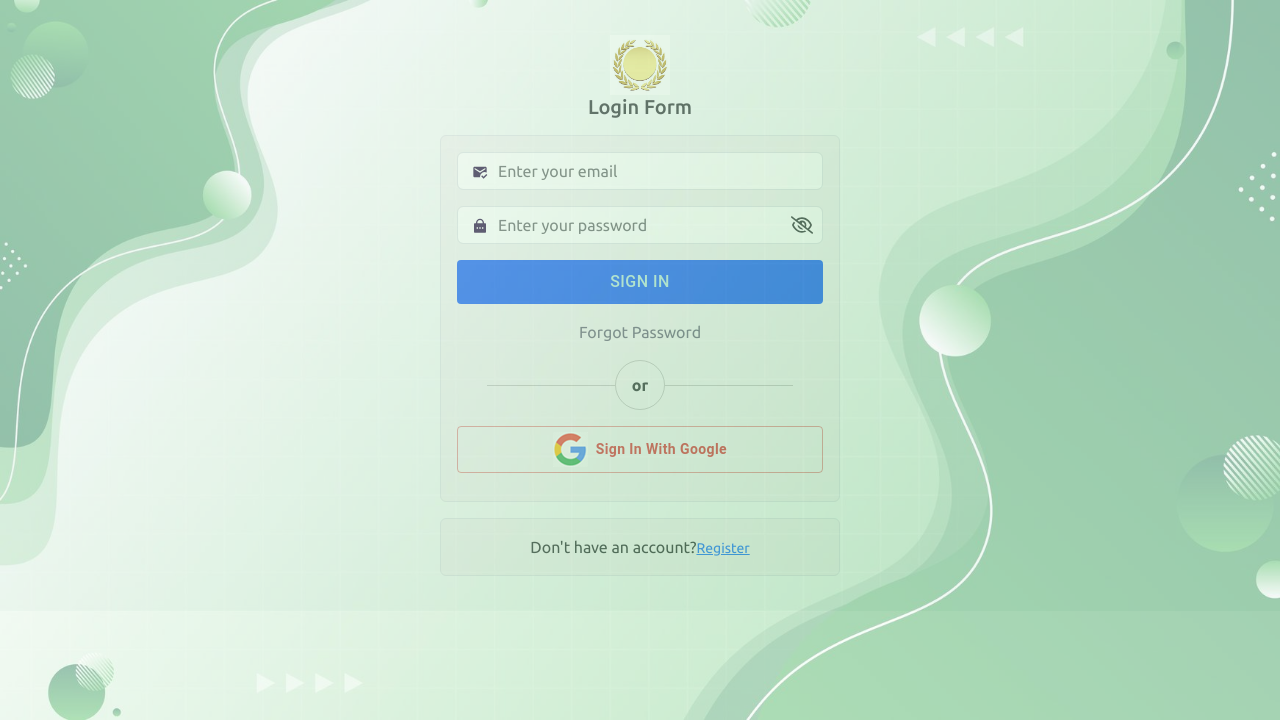
Repository: gautamsonam011/admin-react-dashboard
Page: /login
These files come from the project's save history. The page is drawn as it stood at one moment and after the next save; the edit follows.
The browser window is 1280 px wide. The pictures show the whole page.
The project was rebuilt for these pictures with package versions that can differ from the ones it lists, and the page was loaded fresh each time. Also part of the build but not shown: src/components/DashboardBox.jsx, src/pages/Dashboard/Dashboard.jsx.

Above is the page before, as saved 2025-04-24 00:10:54.

### src/App.css
@import url('https://fonts.googleapis.com/css2?family=Ubuntu:ital,wght@0,300;0,400;0,500;0,700;1,300;1,400;1,500;1,700&display=swap');

body{
  font-family: "Ubuntu", sans-serif !important;
  background-color: #f4f8f7;

}

header{
  width:100%;
  height: 70px;
  background-color:#62bebe;
  position: fixed;
  top:0px;
  left:0px;
  z-index: 1000;
}
header .logo{
  text-decoration: none;
}
header .logo img{
  margin-top: 10px;
  width:45px;

}

header .logo span{
color: coral;
font-weight: bolder;
font-size: 24px;
}
header button.rounded-circle{min-width:40px !important; width:40px !important; height: 40px !important; background-color:#0ff7d8 !important; margin: 15px;}
header button.rounded-circle svg{color:rgb(29, 27, 27); font-size: 25px !important; transition: all 0.2s ease-in-out;}
header button.rounded-circle:hover svg{color: #2585d4 !important;}
.searchBox{width:400px; height: 40px; background-color:#faf9f9; border-radius: 6px;padding: 3px 15px;}
.searchBox input{background: transparent;border:0px; outline:none; padding-left: 5px; font-size: 15px; color:#292929}
.searchBox input::-webkit-input-placeholder{color:#292929}
.searchBox svg{font-size: 18px; color:#292929 ;}

.userImg{display: flex; align-items:center; justify-content: center; overflow: hidden; width:40px; height: 40px; border:1px solid #0ff7d8; padding: 2px; border-radius: 100%;}
.userImg .rounded-circle{display: flex; align-items:center; justify-content: center; overflow: hidden; width: 40px; height: 40px; cursor: pointer; position: relative;}
.userImg .rounded-circle .img{object-fit: cover; width: 100%;}
.userInfo{padding-left: 10px;}
.userInfo h5{font-size: 15px; font-weight: 600; margin-bottom:0px; color: #266666;}

#account-menu li{font-size: 14px !important;}
#account-menu li svg{font-size: 20px !important}

.dropdown-info{padding-left: 6px;}
.dropdown-info h4{font-size: 15px; font-weight:600;margin-top: 2px; white-space: break-space; line-height: 21px;}
.dropdown-info p{font-size: 10px; color: #2585d4;}


/* Style for sidebar  */

.main .sidebarWrapper{width: 20%; flex: 0 0 20%; transition: all 0.3s ease-in-out;}
.main .sidebarWrapper.toggle{width: 0%; flex: 0 0 0%;}
.btn-signin{padding: 7px 20px !important; background:#266666 !important; color: #f4f8f7 !important; font-weight: bold !important; border-radius:20px !important;}
.main .sidebarWrapper .sidebar{width:20%; height: 100vh; max-height: calc(100%-70px); position:fixed; top: 70px; left:0px; background:#b1e4dd; overflow-y: scroll; overflow-x: hidden; padding-bottom: 40px; transition: all 0.3s ease-in-out;}
.main .sidebarWrapper.toggle .sidebar{left:-100%;}

.main .sidebarWrapper .sidebar::-webkit-scrollbar-thumb{background: transparent !important; width:3px;}
.main .sidebarWrapper:hover .sidebar::-webkit-scrollbar{ background:#2585d4; width:3px;}
.main .sidebarWrapper .sidebar ul{margin-bottom:0px;}
.main .sidebarWrapper .sidebar ul li{list-style: none; margin-top:10px;}
.main .sidebarWrapper .sidebar ul li button{color:#266666; text-align: left; justify-content: left; border-radius:0px !important; padding: 12px 15px !important;
  align-items: center; text-transform: capitalize !important;font-family: "Ubuntu", sans-serif !important;
  margin-left: 0px; font-size: 15px !important;
}
.main .sidebarWrapper .sidebar ul li button .icon{display: flex; align-items:center; justify-content: center; width:25px; height:25px; margin-right: 10px;}
.main .sidebarWrapper .sidebar ul li button .icon svg{color:#292929; opacity: 0.8; font-size: 22px;}
.main .sidebarWrapper .sidebar ul li button .arrow{margin-left: auto; display: flex; align-items: center; justify-content: center; width: 25px; transition: all 0.3s ease-in-out}
.main .sidebarWrapper .sidebar ul li button:hover{background:#62bebe !important;}
.main .sidebarWrapper .sidebar ul li button.active{background: #62bebe !important;}
.main .sidebarWrapper .sidebar ul li button.active .arrow{transform: rotate(90deg);}

.main .sidebarWrapper .sidebar ul .submenu{padding: 0px 45px; position:relative; height:auto;}
.main .sidebarWrapper .sidebar ul .submenu::before{content:''; width:1px; height: 95%; position: absolute; top:0px; left:25px; background:rgba(0, 0, 0, 0.1);}
.main .sidebarWrapper .sidebar ul .submenu li{width:100%; list-style: none;}
.main .sidebarWrapper .sidebar ul .submenu li a{color:#266666 !important; text-decoration: none; font-family: "Ubuntu", sans-serif !important;
display: block; padding: 6px 0px; font-size: 14px !important; font-weight: 500; transition:all 0.3s}
.main .sidebarWrapper .sidebar ul .submenu li a:hover{color:#2585d4 !important;}

.main .sidebarWrapper .sidebar ul .submenuWrapper{transition:all 0.3s ease-in-out; height: 0px; overflow: hidden; }
.main .sidebarWrapper .sidebar ul .submenuWrapper.colapsed .submenu{opacity:0;}

.main .sidebarWrapper .sidebar ul .submenuWrapper.colapse{height:auto; overflow: inherit;}
.main .sidebarWrapper .sidebar ul .submenuWrapper.colapse .submenu{opacity:1; height:auto;}

.logoutWrapper{padding: 0px 25px;}
.logoutWrapper .logoutBox{width:100%; height:100px; padding: 25px; background:#bcd2fd; border-radius:10px; margin-bottom:20px; display:flex; align-items: center; justify-content: center;
position:relative; overflow:hidden;}
.logoutWrapper .logoutBox::before{content:''; width:50px; height:50px; background:#266666; border-radius: 100%; position:absolute; top: -20px; right: 30px; opacity:0.5}
.logoutWrapper .logoutBox::after{content:''; width:30px; height:30px; background:#266666; border-radius: 100%; position:absolute; top: -30px; left: 30px; opacity:0.5}
.logoutWrapper .logoutBox button{font-size:14px !important; font-weight: 600 !important; }
.logoutWrapper .logoutBox button svg{margin-right: 15px; font-size:18px;}

.main .content{width:80%; flex: 0 0 80%; transition: all 0.3s ease-in-out;}
.main .content.toggle{width:100%; flex: 0 0 100%;}

.dashboardBoxWrapperRow{margin-left: 20%;}
.right-content{padding: 90px 30px;}
.dashboardBoxWrapper{gap: 15px; width:100%; flex-wrap: wrap;}
.dashboardBoxWrapper .dashboardBox{width:48%; height: 170px; border-radius:10px; overflow: hidden; padding:20px; display: flex; flex-direction: column; justify-content: space-around; text-align: left !important; justify-content: flex-start;}
.dashboardBoxWrapperRow .box{width:100%; height: 100%; background:#0ff7d8;}

.dashboardBoxWrapper .dashboardBox .col1 h4{font-size: 20px; font-weight: 600;}
.dashboardBoxWrapper .dashboardBox .col1 span{font-size: 40px; font-weight: bold;}
.dashboardBoxWrapper .dashboardBox .icon { margin-left: 180px; display: flex; align-items:center; justify-content: center; width:45px; height: 45px; border-radius:5px; background-image: linear-gradient(to bottom right, rgba(0, 0, 0, 0), rgba(0, 0, 0, 0.2));}
.dashboardBoxWrapper .dashboardBox .icon svg{font-size: 45px; opacity: 0.1; color:#f4f8f7}

.dashboardBoxWrapper .dashboardBox button.toggleIcon {font-size: 22px; color:rgba(0,0,0,0.5); cursor: pointer; min-width: 40px !important; width: 40px !important; height: 40px !important; border-radius: 50% !important; margin-left: 170px; border-right: none; opacity: 0.3;}

.dashboardBoxWrapperRow .dashboardBoxWrapper .dashboardBox .chart{position:absolute; opacity: 0.1;}
.dashboardBoxWrapperRow .dashboardBoxWrapper .dashboardBox .chart svg{font-size: 150px; color: #000;}

/*  style for Login page */

.loginSection{
  width: 100%; height: 120hv; padding: 35px 25px;
  background:#f4f8f7; position: relative;
}
.loginbgimage{width:100%; height: 100%; opacity: 0.4; position: fixed; top: 0; left: 0; z-index: 99; pointer-events: none;}
.loginSection .loginBox{width: 400px; height: auto; margin: auto;}
.loginSection .loginBox .wrapper{width:100%; height: auto; background: #f0f0f0;}
.full{max-width: 100% !important; flex: 0 0 100% !important; width: 100% !important;}
.loginSection .loginBox .wrapper .form-control{box-shadow: none !important; outline: none !important; padding-left: 40px;}
.loginSection .loginBox .wrapper .form-control:focus{border: 1px solid #0858f7 !important;}
.loginSection .loginBox .wrapper .form-group .icon{position: absolute; top: 6px; left: 15px; z-index: 100;}
.loginSection .loginBox .wrapper .form-group.focus .icon svg{color:#0858f7 !important;}
.loginSection .loginBox .wrapper .form-group .icon svg{color:#5e5d72;}
.toggleShowPassword{position: absolute; top: 5px; right: 10px; cursor: pointer;}
.toggleShowPassword svg{font-size: 22px;}
.btn-big{padding: 8px 25px !important; background:#0858f7 !important; color:#b1e4dd !important; font-size: 16px !important;}
.forgotPassword{color: #5e5d72; text-decoration: none;}
.forgotPassword:hover{color:#0858f7 !important;}
.loginSection .loginBox .wrapper .link{font-size: 14px;}
.loginSection .loginBox .wrapper .or span.line{display: block; width: 35%; height: 1px; background: rgba(0, 0, 0, 0.2);}
.loginSection .loginBox .wrapper .or span.txt{display: flex; align-items: center; justify-content: center; font-size: 16px; font-weight: 600; width: 50px; height: 50px; border: 1px solid rgba(0, 0, 0, 0.2); border-radius: 50%;}
.loginSection .loginBox .wrapper .form-group{margin-bottom: 12px;}
.loginwithGoogle{text-transform: capitalize !important; font-weight: bold !important;}
/* Registration Form */

### src/components/Sidebar/index.jsx
import Button from '@mui/material/Button';
import { RiDashboardLine } from "react-icons/ri";
import { IoIosArrowForward } from "react-icons/io";
import { TbBrandProducthunt } from "react-icons/tb";
import { TiShoppingCart } from "react-icons/ti";
import { MdOutlineMessage } from "react-icons/md";
import { IoNotifications } from "react-icons/io5";
import { MdOutlineSettings } from "react-icons/md";
import { Link } from 'react-router-dom';
import React, { useState} from "react";
import { RiLogoutCircleRLine } from "react-icons/ri";
// import { MyContext } from '../../App';

const Sidebar = () =>{
    const [activeTab, setActiveTab] = useState(0);
    const [isToggleSubmenu, setIsToggleSubmenu] = useState(false);

    // const context = useContext(MyContext);

    const isOpenSubmenu = (index) =>{
        setActiveTab(index);
        setIsToggleSubmenu(!isToggleSubmenu);


    }

    return(
        <div className="sidebar">
            <ul>
                <li>
                    <Link to="/">
                    <Button className={`w-100 ${activeTab === 0 ? 'active' : ''}`} onClick={()=>isOpenSubmenu(0)}>
                        <span className='icon'><RiDashboardLine/></span>
                        Dashboard
                        <span className="arrow"><IoIosArrowForward/></span>
                    </Button>
                    </Link>
                </li>
                <li>
                    <Button className={`w-100 ${activeTab === 1 && isToggleSubmenu===true ?  'active' : ''}`} onClick={()=>isOpenSubmenu(1)}>
                        <span className='icon'><TbBrandProducthunt/></span>
                        Products
                        <span className="arrow"><IoIosArrowForward/></span>
                    </Button>
                    <div className={`submenuWrapper ${activeTab===1 && isToggleSubmenu===true ? 'colapse':'colapsed'}`}>
                    <ul className='submenu'>
                        <li><Link to="#">Product Add</Link></li>
                        <li><Link to="#">Product List</Link></li>
                        <li><Link to="#">Product View</Link></li>
                    </ul>
                    </div>
                </li>
                <li>
                    <Link to="/">
                    <Button className={`w-100 ${activeTab === 2 ? 'active' : ''}`} onClick={()=>isOpenSubmenu(2)}>
                        <span className='icon'><TiShoppingCart/></span>
                        Orders
                        <span className="arrow"><IoIosArrowForward/></span>
                    </Button>
                    </Link>
                </li>
                <li>
                    <Link to="/">
                    <Button className={`w-100 ${activeTab === 3 ? 'active' : ''}`} onClick={()=>isOpenSubmenu(3)}>
                        <span className='icon'><MdOutlineMessage/></span>
                        Messages
                        <span className="arrow"><IoIosArrowForward/></span>
                    </Button>
                    </Link>
                </li>
                <li>
                    <Link to="/">
                    <Button className={`w-100 ${activeTab === 4 ? 'active' : ''}`} onClick={()=>isOpenSubmenu(4)}>
                        <span className='icon'><IoNotifications/></span>
                        Notifications
                        <span className="arrow"><IoIosArrowForward/></span>
                    </Button>
                    </Link>
                </li>
                <li>
                    <Link to="/">
                    <Button className={`w-100 ${activeTab === 5 ? 'active' : ''}`} onClick={()=>isOpenSubmenu(5)}>
                        <span className='icon'><MdOutlineSettings /></span>
                        Settings
                        <span className="arrow"><IoIosArrowForward/></span>
                    </Button>
                    </Link>
                </li>
            </ul>
            <br/>
            <div className="logoutWrapper">
                <div className="logoutBox">
            <Button variant="outlined"> <RiLogoutCircleRLine/>Logout</Button>
            </div>
            </div>
        </div>
    )
}

export default Sidebar

### src/pages/Login/index.jsx
import logo from '../../assests/images/logo.jpg';
import bgImage from '../../assests/bg.jpg';

import { MyContext } from '../../App';
import { useContext, useEffect, useState } from 'react';
import { MdMarkEmailRead } from "react-icons/md";
import { RiLockPasswordFill } from "react-icons/ri";
import { FaRegEyeSlash } from "react-icons/fa6";
import { FaEye } from "react-icons/fa";
import Button from '@mui/material/Button';
import { Link } from 'react-router-dom';
import google from "../../assests/images/google.png";

const Login = () => {
    const context = useContext(MyContext);
    const [inputIndex, setInputIndex] = useState(null);
    const [isShowPassword, setisShowPassword] = useState(false);
    const focusInput = (index) => {
        setInputIndex(index);
    }

    useEffect(() => {
        context.setisHideSidebarHeader(true);
    }, []);

    return (
        <>
            <img src={bgImage} className='loginbgimage' alt="bgimage" />
            <section className="loginSection">
                <div className="loginBox">
                    <div className="loginLogo text-center">
                        <img src={logo} alt="Logo" width="60px" />
                        <h5 className='font-weight-bold'>Login Form</h5>
                    </div>

                    <div className='wrapper mt-3 card border p-3'>
                        <form>
                            <div className={`form-group mb-3 position-relative ${inputIndex === 0 && 'focus'}`}>
                                <span className="icon"><MdMarkEmailRead /></span>
                                <input type="email" className='form-control' placeholder='Enter your email' onFocus={() => focusInput(0)} onBlur={() => setInputIndex(null)} />
                            </div>
                            <div className={`form-group mb-3 position-relative ${inputIndex === 1 && 'focus'}`}>
                                <span className="icon"><RiLockPasswordFill /></span>
                                <input type={`${isShowPassword === true ? 'text' : 'password'}`} className='form-control' placeholder='Enter your password' onFocus={() => focusInput(1)} onBlur={() => setInputIndex(null)} />
                                <span className="toggleShowPassword" onClick={() => setisShowPassword(!isShowPassword)}>
                                    {
                                        isShowPassword === true ? <FaEye /> : <FaRegEyeSlash />
                                    }

                                </span>
                            </div>
                            <div className='form-group'>
                                <Button className="btn-lg w-100 btn-big">Sign In</Button>
                            </div>
                            <div className='form-group text-center mt-3'>
                                <Link to={'forgot-password'} className="forgotPassword">Forgot Password</Link>
                                <div className='d-flex align-items-center justify-content-center or mt-3 mb-3'>
                                    <span className='line'></span>
                                    <span className='txt'>or</span>
                                    <span className='line'></span>
                                </div>

                                <Button variant="outlined" color="error" className='w-100 btn-lg loginwithGoogle'><img src={google} /> &nbsp; Sign In with Google</Button>
                            </div>
                        </form>
                    </div>
                    <div className='wrapper mt-3 card border p-3 footer'>
                        <span className='text-center'>
                            Don't have an account?
                            <Link to={'/signUp'} className='link color ml-2'>Register</Link>
                        </span>
                    </div>
                </div>
            </section>
        </>
    )
}
export default Login;

### src/components/SearchBox.jsx
import { FaSearch } from "react-icons/fa";

const SearchBox = () =>{
    return (
        <div className="searchBox position-relative d-flex align-items-center">
            <FaSearch className="mr-2" />
            <input type="text" placeholder="Search here"  />
        </div>
    )
}

export default SearchBox;

Loaded but not shown: public/index.html (common file); src/index.js (common file); src/reportWebVitals.js (common file); src/App.js (57 lines, source omitted); src/components/Header/index.jsx (239 lines, source omitted)

After the next save:
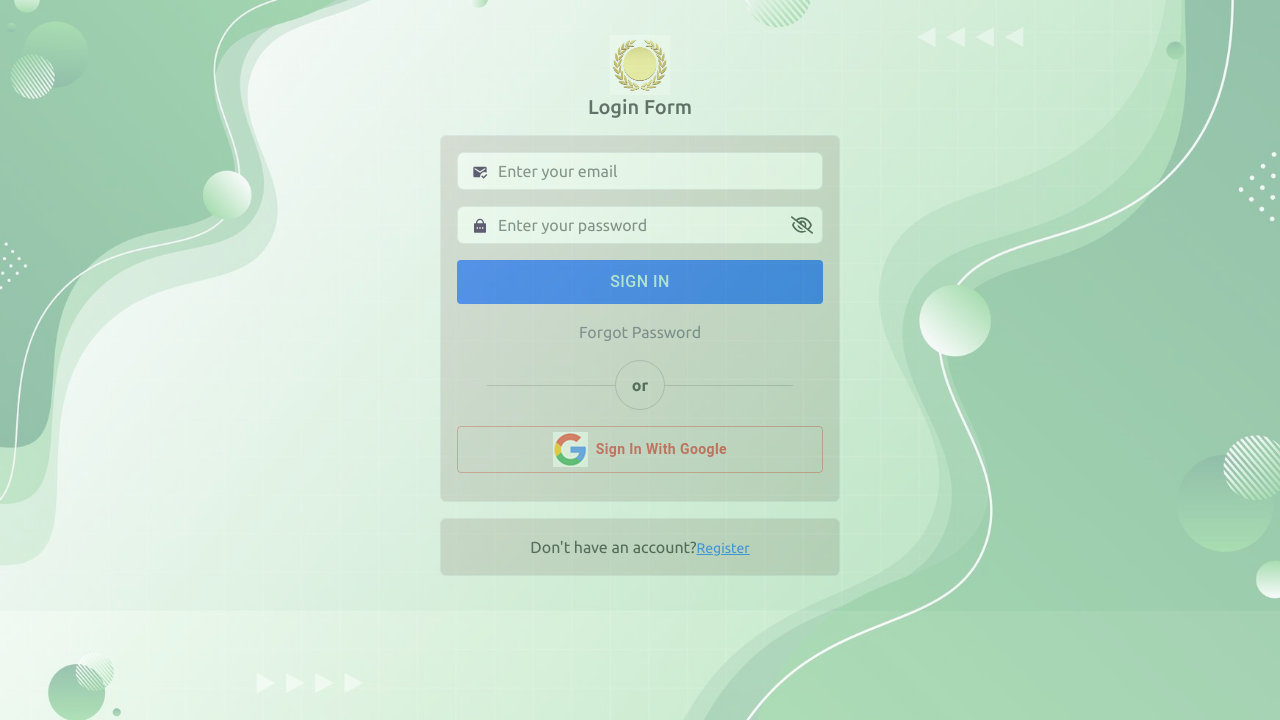
Saved 19 s later.
--- a/src/App.css
+++ b/src/App.css
@@ -122,7 +122,7 @@ position:relative; overflow:hidden;}
 }
 .loginbgimage{width:100%; height: 100%; opacity: 0.4; position: fixed; top: 0; left: 0; z-index: 99; pointer-events: none;}
 .loginSection .loginBox{width: 400px; height: auto; margin: auto;}
-.loginSection .loginBox .wrapper{width:100%; height: auto; background: #f0f0f0;}
+.loginSection .loginBox .wrapper{width:100%; height: auto; background: #d6d1d1;}
 .full{max-width: 100% !important; flex: 0 0 100% !important; width: 100% !important;}
 .loginSection .loginBox .wrapper .form-control{box-shadow: none !important; outline: none !important; padding-left: 40px;}
 .loginSection .loginBox .wrapper .form-control:focus{border: 1px solid #0858f7 !important;}
